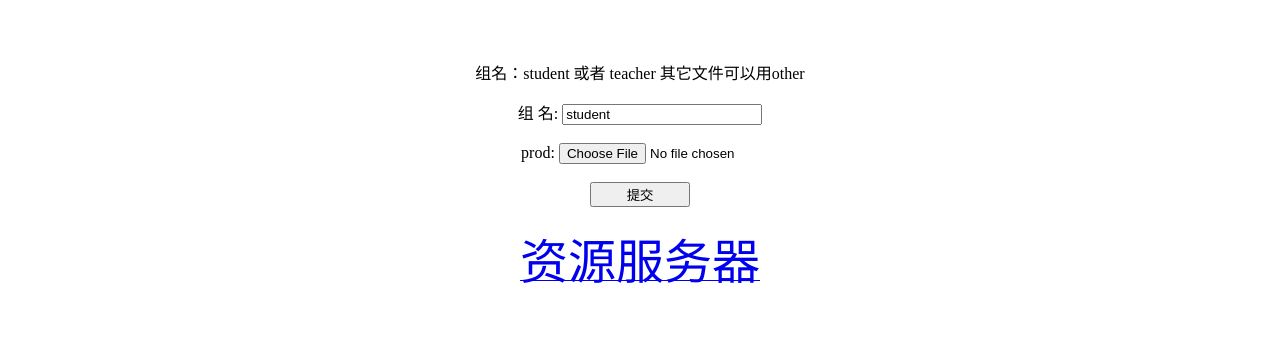
Repository: dingyuanzheng/webserver
Page: http://localhost/mock/fileList.jsp
These files come from the project's save history. The page is drawn as it stood at one moment and after the next save; the edit follows.
The browser window is 1280 px wide. The pictures show the whole page.
The page is served by Tomcat 9.

Above is the page before, as saved 2018-08-30 03:12:06.

After the next save:
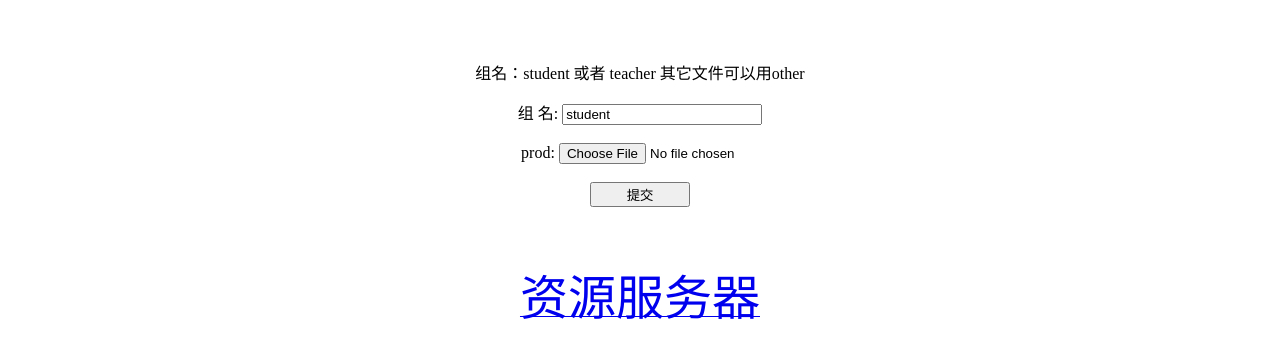
Saved 8 s later.
--- a/mock/WebRoot/fileList.jsp
+++ b/mock/WebRoot/fileList.jsp
@@ -26,7 +26,7 @@ String basePath = request.getScheme()+"://"+request.getServerName()+":"+request.
 	    		     <input type="submit" value="提交" , style="width:100px;">
 	     </form>
 
-
+	     <br/><br/>
 	     <a href="fileList"><font size="45">资源服务器</font></a>
   </body>
 </html>
